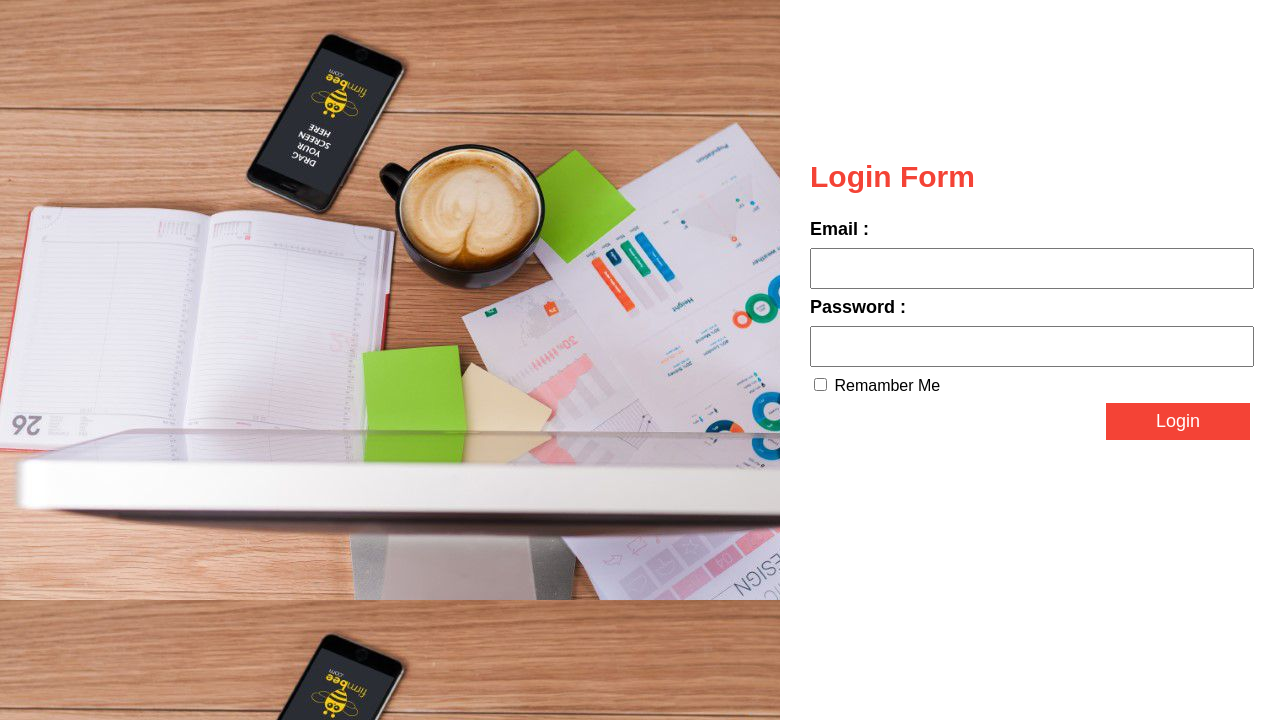
Repository: bayulalu/sekolah-orgaisasi
Page: http://localhost/login-user
The author's editor kept a copy of each file at every save. The page is drawn from the files as they stood at one save, then again after the next save.
The browser window is 1280 px wide. The pictures show the whole page.
The page is served by the project's Laravel application, run on PHP 8.4 with Laravel 8.

Above is the page before, as saved 2020-07-19 13:58:04.

After the next save:
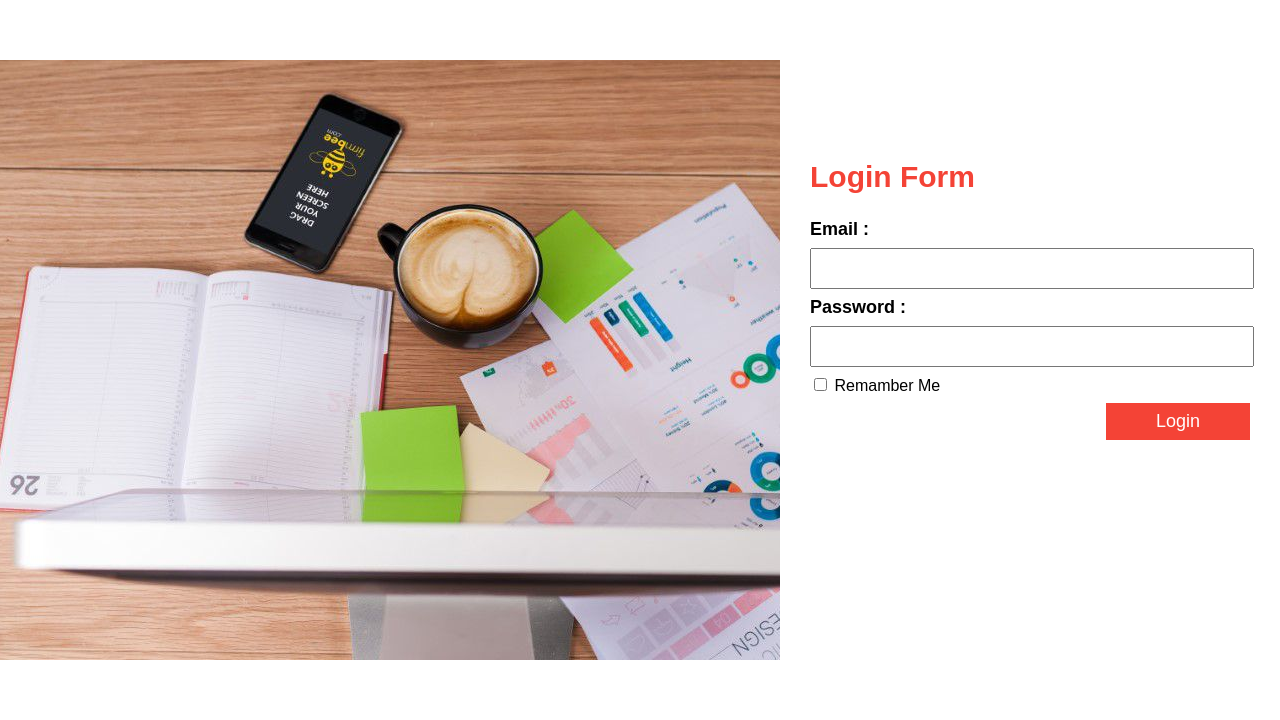
Saved 2 min 47 s later.
--- a/public/css/login.css
+++ b/public/css/login.css
@@ -12,6 +12,8 @@ html {
     float: left;
     /* background: ("../img/intro-bg.png") center; */
     background-image: url("../img/login.jpg")  ;
+    background-repeat: no-repeat;
+    background-position: center;
 }
 .login {
     position: fixed;
